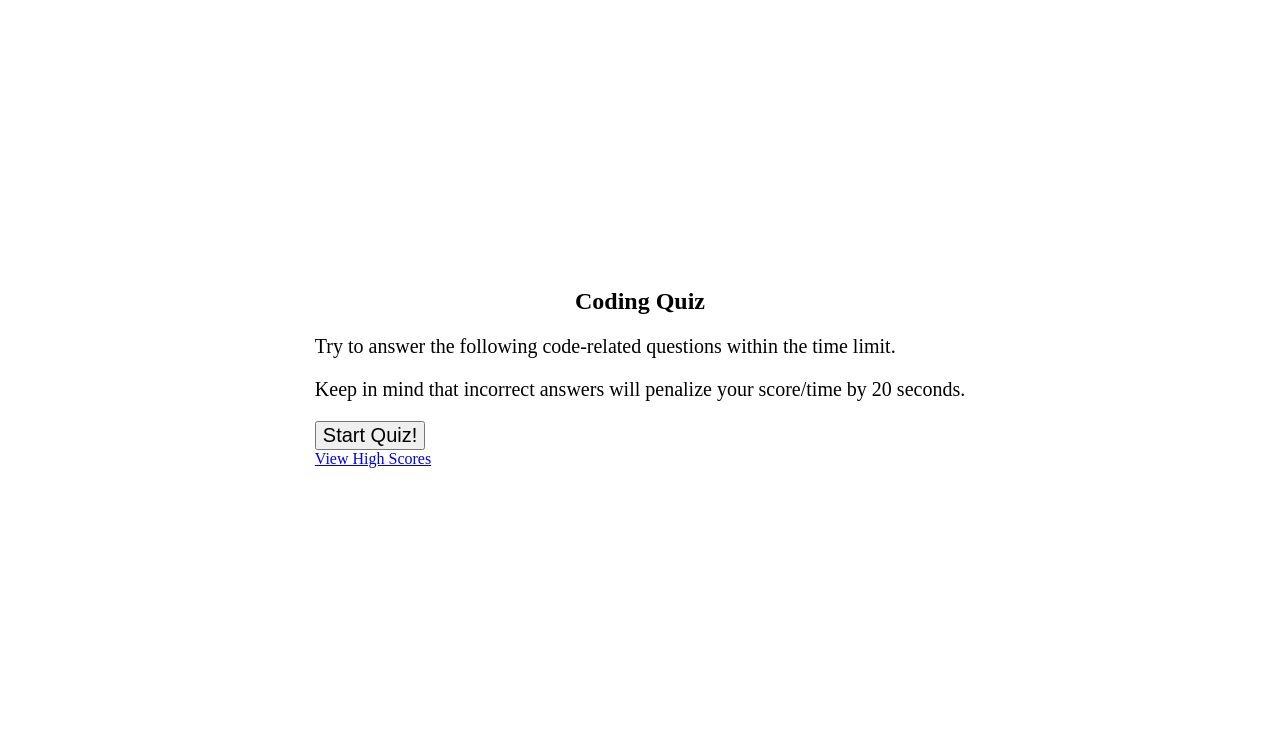
Repository: ziffoit/Code-Quiz
Page: index.html
An editor plug-in stored every save of this project. The page is shown before and after the next save, followed by the edit.
The browser window is 1280 px wide. The pictures show the whole page.

Above is the page before, as saved 2021-03-14 12:04:15.

### index.html
<!DOCTYPE html>
<html lang="en">
  <head>
    <meta charset="UTF-8" />
    <meta name="viewport" content="width=device-width, initial-scale=1.0" />
    <link rel="stylesheet" href="./Assets/style.css" />
    <title>Document</title>
  </head>
  <body>
    <header>
      <p class="timer"></p>
    </header>
    <!-- hide this section -->
    <section id="titlePage">
      <h1>Coding Quiz</h1>
      <p>
        Try to answer the following code-related questions within the time
        limit.
      </p>
      <p>
        Keep in mind that incorrect answers will penalize your score/time by 20
        seconds.
      </p>
      <button id="startQuiz">Start Quiz!</button>
      <div>
        <a href="./highScore.html">View High Scores</a>
      </div>
    </section>
    <section id="quizSection">
      <h1 id="quizQuestion"></h1>
      <div id="previousResult"></div>
    </section>
    <section id="endPage">
      <h1>Finish!</h1>
      <p>
        Your final score is:
        <span id="finalScore"></span>
      </p>
      <form id="initialsForm">
        <input type="text" id="initials" />
        <button type="submit">Submit</button>
      </form>
    </section>
    <script src="./Assets/script.js"></script>
  </body>
</html>

### Assets/style.css
p {
  font-size: 20px;
}

button {
  font-size: 20px;
}

body {
  display: flex;
  justify-content: center;
  align-items: center;
  height: 100vh;
}

h1 {
  text-align: center;
}

.hidden {
  display: none;
}

### Assets/script.js
var timerCount = 60
var previousResult = document.querySelector("#previousResult")
var startQuizBtn = document.querySelector("#startQuiz")
var titlePage = document.querySelector("#titlePage")
var quizQuestion = document.querySelector("#quizQuestion")
var quizSection = document.querySelector("#quizSection")
var timer;
var timerElement = document.querySelector(".timer")
var endPage = document.querySelector("#endPage")
var finalScore = document.querySelector("#finalScore")
var initials = document.querySelector("#initials")
var initialsForm = document.querySelector("#initialsForm")
var questionsArray = [
    {
        question:"Commonly used data types DO NOT include:",
        answer:["strings", "booleans", "alerts", "numbers"],
        correctAnswer:"alerts"
    },
    {
        question:"The condition within an if/else statement is enclosed within:",
        answer:["quotes", "curly brackets", "parentheses", "square brackets"],
        correctAnswer:"parentheses"
    },
    {
        question:"Arrays in JavaScript can be used to store:",
        answer:["numbers and strings", "other arrays", "booleans", "all of the above"],
        correctAnswer:"all of the above"
    },
]

var questionTracker = 0
endPage.setAttribute("class", "hidden")

//executed when start button is clicked
// local storage for keeping highscores
function startQuiz() {
    questionTracker = 0
    titlePage.setAttribute("class", "hidden")
    timer = setInterval(startTimer, 1000)
    timerElement.textContent = timerCount
    //hide titlePage section show question 1
    previousResult.textContent = ""
    timerElement.removeAttribute("class")
    quizSection.removeAttribute("class")
    renderQuestion()
}

function startTimer() {
    timerCount--
    timerElement.textContent = timerCount
    if (timerCount <= 0) {
        // Clears interval through renderEndPage
        renderEndPage()
    }
}

function renderQuestion() {
    if (questionTracker >= questionsArray.length){
        renderEndPage()
        return
    }
    var currentQuestion = questionsArray[questionTracker]
    quizQuestion.textContent = currentQuestion.question
    for (let i = 0; i < currentQuestion.answer.length; i++) {
        const answer = currentQuestion.answer[i];
        var button = document.createElement("button")
        button.textContent = answer
        button.className = "questionAnswer"
        quizSection.append(button)
        if (answer === currentQuestion.correctAnswer) {
            button.addEventListener("click", correctAnswer)
        } else {
            button.addEventListener("click", incorrectAnswer)
        }
        // when user clicks button for next question questionTracker++
    }
}

function removeButtons() {
    var buttons = document.getElementsByClassName("questionAnswer")
    while (buttons.length > 0) {
        buttons[0].remove()
    }
}

function loadNextQuestion() {
    questionTracker++
    removeButtons()
    renderQuestion()
}

function correctAnswer() {
    loadNextQuestion()
    previousResult.textContent = "Correct!"

}

//timer penalty for wrong answer
function incorrectAnswer() {
    timerCount = timerCount - 20
    timerElement.textContent = timerCount
    previousResult.textContent = "Incorrect!"
    loadNextQuestion()
}

// end of quiz
function renderEndPage() {
    var score = timerCount
    finalScore.textContent = score
    quizSection.setAttribute("class", "hidden")
    timerElement.setAttribute("class", "hidden")
    clearInterval(timer)
    endPage.removeAttribute("class")

}

function saveHighScores(event) {
    event.preventDefault()

    var scoreHistory = JSON.parse(localStorage.getItem("score")) || []
    var currentScore = {
        name: initials.value,
        score: finalScore.textContent
    }

    scoreHistory.push(currentScore)
    localStorage.setItem("score", JSON.stringify(scoreHistory))
    endPage.setAttribute("class", "hidden")
    titlePage.removeAttribute("class")
}

startQuizBtn.addEventListener("click", startQuiz)
initialsForm.addEventListener("submit", saveHighScores)

After the next save:
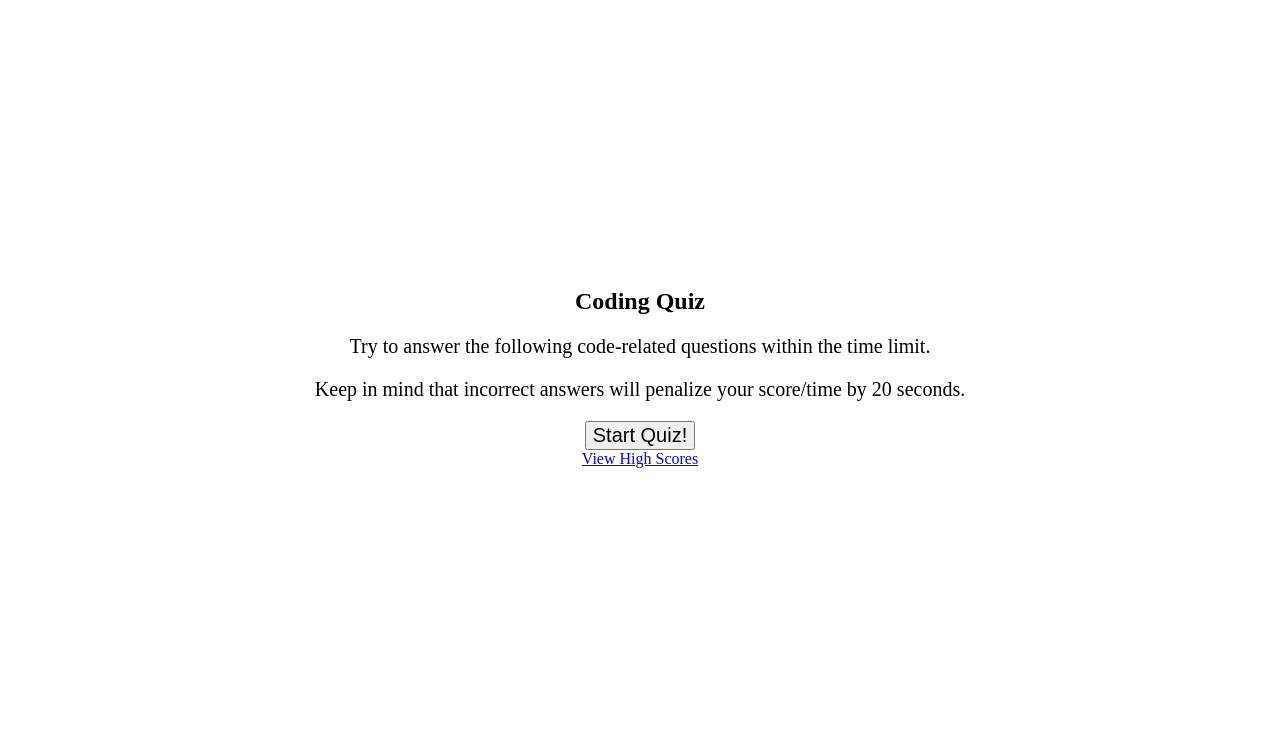
Saved 57 s later.
--- a/Assets/style.css
+++ b/Assets/style.css
@@ -1,3 +1,7 @@
+* {
+  text-align: center;
+}
+
 p {
   font-size: 20px;
 }
@@ -13,9 +17,9 @@ body {
   height: 100vh;
 }
 
-h1 {
+/* h1 {
   text-align: center;
-}
+} */
 
 .hidden {
   display: none;
